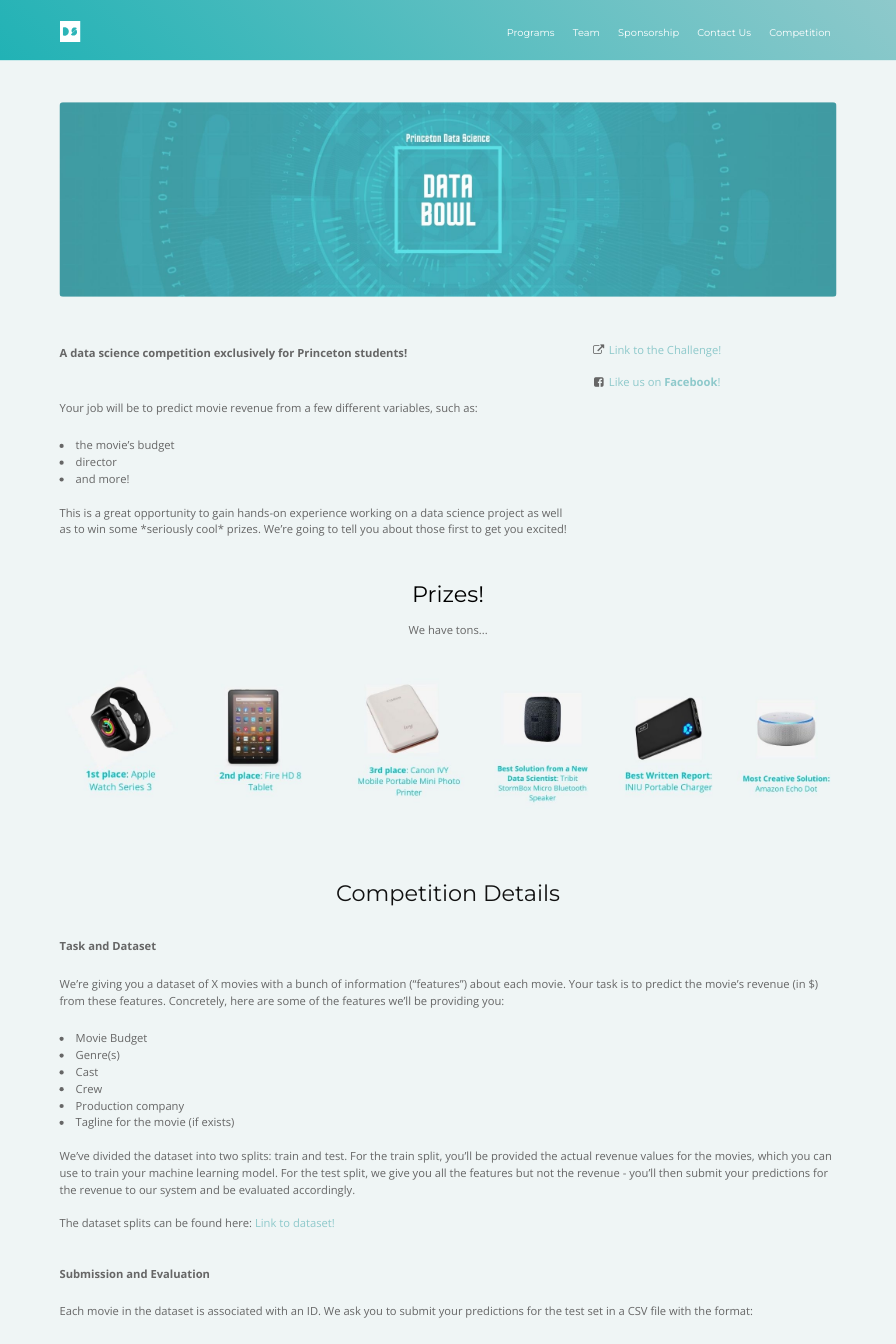
Repository: princetonds/princetonds.github.io
Page: competition.html
These files come from the project's save history. The page is drawn as it stood at one moment and after the next save; the edit follows.
The browser window is 1280 px wide. The pictures show the part of the page from y = 0 to 1920 px (the page is 3567 px tall before and 3513 px after), at 70% of full size.

Above is the page before, as saved 2021-03-21 15:23:05.
Console error: TypeError: Cannot read properties of null (reading 'innerHTML')

### competition.html
<!DOCTYPE html>
<html lang="en">
<head>
  <meta charset="utf-8">
  <title>Princeton Data Science (PDS)</title>
  <meta content="width=device-width, initial-scale=1.0" name="viewport">
  <meta content="" name="keywords">
  <meta content="" name="description">

  <!-- Favicons (created with http://realfavicongenerator.net/)-->
  <link rel="apple-touch-icon" sizes="180x180" href="/img/favicons/apple-touch-icon.png">
  <link rel="icon" type="image/png" href="/img/favicons/favicon-32x32.png" sizes="32x32">
  <link rel="icon" type="image/png" href="/img/favicons/favicon-16x16.png" sizes="16x16">
  <link rel="manifest" href="/img/favicons/manifest.json">
  <link rel="mask-icon" href="/img/favicons/safari-pinned-tab.svg" color="#49acad">
  <link rel="shortcut icon" href="/img/favicons/favicon.ico">
  <meta name="msapplication-config" content="/img/favicons/browserconfig.xml">
  <meta name="theme-color" content="#ffffff">

  <!-- Facebook Graph tags -->
  <meta property="og:url" content="https://princetonds.io" />
  <meta property="og:site_name" content="princetonds.io" />
  <meta property="og:title" content="Princeton Data Science (PDS)" />
  <meta name="og:description" content="Princeton Data Science (PDS) was founded in 2014-2015 to promote the practice and study of data science, a growing field that spans many disciplines such as statistics, machine learning, computer science, and business analytics." />
  <meta property="og:image" content="https://princetonds.io/img/500px_square_logo.png" />

  <!-- Google Fonts -->
  <link href="https://fonts.googleapis.com/css?family=Montserrat:300,400,500,700|Open+Sans:300,400,700" rel="stylesheet">

  <!-- Bootstrap CSS File -->
  <link href="lib/bootstrap/css/bootstrap.min.css" rel="stylesheet">

  <!-- Libraries CSS Files -->
  <link href="lib/animate/animate.min.css" rel="stylesheet">
  <link href="lib/font-awesome/css/font-awesome.min.css" rel="stylesheet">
  <link href="lib/magnific-popup/magnific-popup.css" rel="stylesheet">

  <!-- Main Stylesheet File -->
  <link href="css/style.css" rel="stylesheet">
  <link href="css/new.css" rel="stylesheet">
</head>

<body>

  <!--==========================
    Header
  ============================-->
  <header id="header">
    <div class="container">

      <div id="logo" class="pull-left">
        <h1><a href="#teamintro" class="scrollto"><img class="navbar-logo" src="img/inverted-logo.svg"></a></h1>
     </div>

      <nav id="nav-menu-container">
        <ul class="nav-menu">
          <li class="menu-active"><a href="https://princetonds.io">Programs</a></li>
          <li><a href="team.html">Team</a></li>
          <li><a href="media/sponsorship.pdf">Sponsorship</a></li>
          <li><a href="#contact">Contact Us</a></li>
          <li><a href="#competition.html">Competition</a></li>
        </ul>
      </nav><!-- #nav-menu-container -->
    </div>
  </header><!-- #header -->

  <!--==========================
    Intro Section
  ============================-->

  <!--==========================
    Intro Section
  ============================-->
  <section id="teamintro">
    <!-- <div class="team-intro-text">
      <h3>Our Team</h3>
    </div> -->
  </section>


  <!-- #intro -->


  <main id="main">


    <!--==========================
      Our Team Section
    ============================-->
    <section id="team" class="section-bg">
      <div class="container">
          <!-- <h3 class="section-title">Princeton Data Bowl</h3> -->
              <!-- <p style="text-align:center;">Enter team description here...</p> -->
              <div class="member3">
                <div class="pic"><img src="img/competition/logo.jpg" alt=""></div>
              </div>

          <!-- <span class="section-divider"></span> -->
        </div>
      </div>

    <!--==========================
      Contact Section
    ============================-->
      <div class="container">
        <br>
        <br>
        <div class="row wow fadeInUp">
          <div class="col-lg-8 col-md-6">
            <label style="font-size: 50"><strong>A data science competition exclusively for Princeton students!</strong></p>
            <br>
            <p>
               Your job will be to predict movie revenue from a few different variables, such as: </p>
              <li> the movie’s budget </li>
              <li> director </li>
              <li> and more! </li>
              <br>
              <p>   This is a great opportunity to gain hands-on experience working on a data science project as well as to win some *seriously cool* prizes. We’re going to tell you about those first to get you excited!</p>
          </div>
          <div class="col-lg-4 col-md-6 links">
            <p><i class="fa fa-external-link fa-fw"></i>   <a href="https://eval.ai/web/challenges/challenge-page/871/overview">Link to the Challenge!</a>
            </p>
            <p><i class="fa fa-facebook-square fa-fw"></i> <a href="https://www.facebook.com/princetonds" class="facebook">Like us on <strong>Facebook</strong>!</a></p>
          </div>
        </div>
      </div>


    <div class="container">
      <div class="section-header">
        <!-- <h3 class="section-title">Princeton Data Bowl</h3> -->
            <br>
            <h2 style="text-align:center; color:black">Prizes!</h2>
            <p style="text-align:center;">We have tons...</p>
            <div class="member3">
              <div class="pic"><img src="img/competition/prizes.jpg" alt=""></div>
            </div>

        <!-- <span class="section-divider"></span> -->
      </div>
    </div>

<br>
<br>
    <div class="container">
      <div class="section-header">
        <h3 class="section-title">Competition Details</h3>
            <br>
            <p><strong>Task and Dataset</strong></p>
            <p>
              We’re giving you a dataset of X movies with a bunch of information (“features”) about each movie. Your task is to predict the movie’s revenue (in $) from these features. Concretely, here are some of the features we’ll be providing you:
            </p>
              <li> Movie Budget </li>
              <li> Genre(s) </li>
              <li> Cast </li>
              <li> Crew </li>
              <li> Production company </li>
              <li> Tagline for the movie (if exists)</li>
              <br>
              We’ve divided the dataset into two splits: train and test. For the train split, you’ll be provided the actual revenue values for the movies, which you can use to train your machine learning model. For the test split, we give you all the features but not the revenue - you’ll then submit your predictions for the revenue to our system and be evaluated accordingly.
              <br>
              <br>
              The dataset splits can be found here: <a href="https://github.com/princetonds/PDS-Movie-Competition">Link to dataset!</a>

              <br>
            <br>
        <!-- <span class="section-divider"></span> -->
      </div>
    </div>
    <div class="container">
      <div class="section-header">
            <br>
            <p><strong>Submission and Evaluation</strong></p>
            <p>
              Each movie in the dataset is associated with an ID. We ask you to submit your predictions for the test set in a CSV file with the format:
            </p>
            MovieID, prediction
            <br>
            MovieID, prediction
              <br>
            <br>
            We’ll be evaluating your predictions using <strong>RMSLE</strong>, or Root Mean-Squared Log Error. This metric computes the squared difference between the log of your prediction and log of the actual value. Here’s the equation for RMSLE, where xiis your prediction and yiis the actual value:
            <br>
            <br>
            This next part is <strong>very important</strong>. On the backend we’ve divided up the test set into a public and private test set. When you submit your predictions for the test set, you can either submit to the public or private leaderboard. Submitting to the public leaderboard allows you to see how you measure up to other participants, and you can submit up to ten times per day. However, your final score will be evaluated on the private leaderboard, for which you only have three submissions total. Do not forget to submit to the private leaderboard, but also use your submissions sparingly! The reason we do this is so that participants can’t “overfit” to the public leaderboard by constantly tweaking parameters of their model and resubmitting.
            <br>
            <br>
            More details can be found on the EvalAI Competition site (see link above).
            <br>
            <!-- <span class="section-divider"></span> -->
      </div>
    </div>
    <br>
    <div class="container">
      <div class="section-header">
            <br>
            <p><strong>Team:</strong></p>
            <div class="row wow fadeInUp">
              <div class="col-lg-3 col-md-3">
                <h2 style="text-align:center; color:black"></h2>
                <!-- <p style="text-align:center;">Enter team description here...</p> -->
                <div class="member2">
                  <div class="pic"><img src="img/team/joyce.jpg" alt=""></div>
                  <h4>Joyce Luo</h4>
                  <!-- <div class="social">
                    <p class="profile-description">.</p>
                  </div> -->
                </div>

                <div class="member2">
                  <div class="pic"><img src="img/team/ellie.jpg" alt=""></div>
                  <h4>Ellie Bae</h4>
                  <!-- <div class="social">
                    <p class="profile-description">.</p>
                  </div> -->
                </div>


              </div>
              <div class="col-lg-3 col-md-3">
                <h2 style="text-align:center; color: Black"></h2>
                <!-- <p style="text-align:center;">Enter team description here...</p> -->
                <div class="member2">
                  <div class="pic"><img src="img/team/kevin.jpg" alt=""></div>
                  <h4>Kevin Huang</h4>
                  <!-- <div class="social">
                    <p class="profile-description">.</p>
                  </div> -->
                </div>

                <div class="member2">
                  <div class="pic"><img src="img/team/nab.jpg" alt=""></div>
                  <h4>Nabhonil Kar</h4>
                  <!-- <div class="social">
                    <p class="profile-description">.</p>
                  </div> -->
                </div>




              </div>
              <div class="col-lg-3 col-md-3">
                <h2 style="text-align:center; color: Black"></h2>
                <!-- <p style="text-align:center;">Enter team description here...</p> -->
                <div class="member2">
                  <div class="pic"><img src="img/team/sahil.jpg" alt=""></div>
                  <h4>Sahil Jain</h4>
                  <!-- <div class="social">
                    <p class="profile-description">.</p>
                  </div> -->
                </div>

                <div class="member2">
                  <div class="pic"><img src="img/team/neil.jpg" alt=""></div>
                  <h4>Neil Hazra</h4>
                  <!-- <div class="social">
                    <p class="profile-description">.</p>
                  </div> -->
                </div>


              </div>
              <div class="col-lg-3 col-md-3">
                <h2 style="text-align:center; color: Black"></h2>
                <!-- <p style="text-align:center;">Enter team description here...</p> -->
                <div class="member2">
                  <div class="pic"><img src="img/team/sahila.jpg" alt=""></div>
                  <h4>Sahil Ambardekar</h4>
                  <!-- <div class="social">
                    <p class="profile-description">.</p>
                  </div> -->
                </div>

                <div class="member2">
                  <div class="pic"><img src="img/team/arjun.jpg" alt=""></div>
                  <h4>Arjun Mani</h4>
                  <!-- <div class="social">
                    <p class="profile-description">.</p>
                  </div> -->
                </div>


              </div>


      </div>
    </div>


<br>
<br>


    <section id="sponsors">
      <div class="container">
        <h3 class="text-center sponsor-title">
          Our generous sponsor:
        </h3>
          <div class="text-center">
            <img src="img/sponsors/csml.jpg" alt="">
          </div>
        </div>
      </div>
    </section><!-- #more-features -->



    </section><!-- #team -->

    <!--==========================
      Contact Section
    ============================-->
    <section id="contact">
      <div class="container">
        <div class="row wow fadeInUp">
          <div class="contact-about">
            <div class="col-lg-12 col-md-12">
              <h3>Contact Us</h3>
            </div>
          </div>
        </div>

        <div class="row wow fadeInUp">
          <div class="col-lg-8 col-md-6">
            <p>Please do note that Princeton Data Science is a student organization and not a university department. Consequently, we do not sponsor PhD or Masters students.</p>
          </div>
          <div class="col-lg-4 col-md-6 links">
            <p><i class="fa fa-envelope fa-fw"></i> hello [at] princetonds.io</p>
            <p><i class="fa fa-facebook-square fa-fw"></i> <a href="https://www.facebook.com/princetonds" class="facebook">Like us on <strong>Facebook</strong>!</a></p>
          </div>
        </div>
      </div>
    </section><!-- #contact -->

  </main>

  <!--==========================
    Footer
  ============================-->
  <footer id="footer">
    <div class="container">
      <div class="row">
        <div class="col-lg-6 text-lg-left text-center">
          <div class="copyright">
            &copy; Copyright <strong>Princeton Data Science</strong>. Made by <a href="https://jisungkim.com">Ji-Sung Kim</a>.
          </div>
          <div class="credits">
          </div>
        </div>
        <div class="col-lg-6">
          <nav class="footer-links text-lg-right text-center pt-2 pt-lg-0">
            <a href="#programs" class="scrollto">Programs</a>
            <a href="#team" class="scrollto">Team</a>
            <a href="media/sponsorship.pdf">Sponsorship</a>
          </nav>
        </div>
      </div>
    </div>
  </footer><!-- #footer -->

  <a href="#" class="back-to-top"><i class="fa fa-chevron-up"></i></a>

  <!-- JavaScript Libraries -->
  <script src="lib/jquery/jquery.min.js"></script>
  <script src="lib/jquery/jquery-migrate.min.js"></script>
  <script src="lib/bootstrap/js/bootstrap.bundle.min.js"></script>
  <script src="lib/easing/easing.min.js"></script>
  <script src="lib/wow/wow.min.js"></script>
  <script src="lib/superfish/hoverIntent.js"></script>
  <script src="lib/superfish/superfish.min.js"></script>
  <script src="lib/magnific-popup/magnific-popup.min.js"></script>

  <!-- Template Main Javascript File -->
  <script src="js/main.js"></script>
  <script src="js/typewriter.js"></script>

</body>
</html>

### css/new.css
.program {
    padding: 40px;
}

.program h3 {
    color: black;
    font-weight: 700;
    font-family: "Open Sans";
}

.section {
    padding-top: 100px;
}


#programs {
    padding: 60px 0;
}

#clients {
    padding: 60px 0;
}

.sponsor-title {
    padding-bottom: 15px;
}

.profile-description {
    font-size: 14px;
}

.arjun {
    font-size: 15px !important;
    line-height: 22px;
}

.links p {
    line-height: 12px;
}

.presidents {
    color: #999999;
    font-size: 16px;
}

Loaded but not shown: lib/bootstrap/css/bootstrap.min.css (library); lib/animate/animate.min.css (library); lib/font-awesome/css/font-awesome.min.css (library); lib/magnific-popup/magnific-popup.css (library); lib/jquery/jquery.min.js (library); lib/jquery/jquery-migrate.min.js (library); lib/bootstrap/js/bootstrap.bundle.min.js (library); lib/easing/easing.min.js (common file); lib/wow/wow.min.js (library); lib/superfish/hoverIntent.js (library); lib/superfish/superfish.min.js (library); lib/magnific-popup/magnific-popup.min.js (library); js/main.js (125 lines, source omitted); js/typewriter.js (28 lines, source omitted); css/style.css (1350 lines, source omitted)

After the next save:
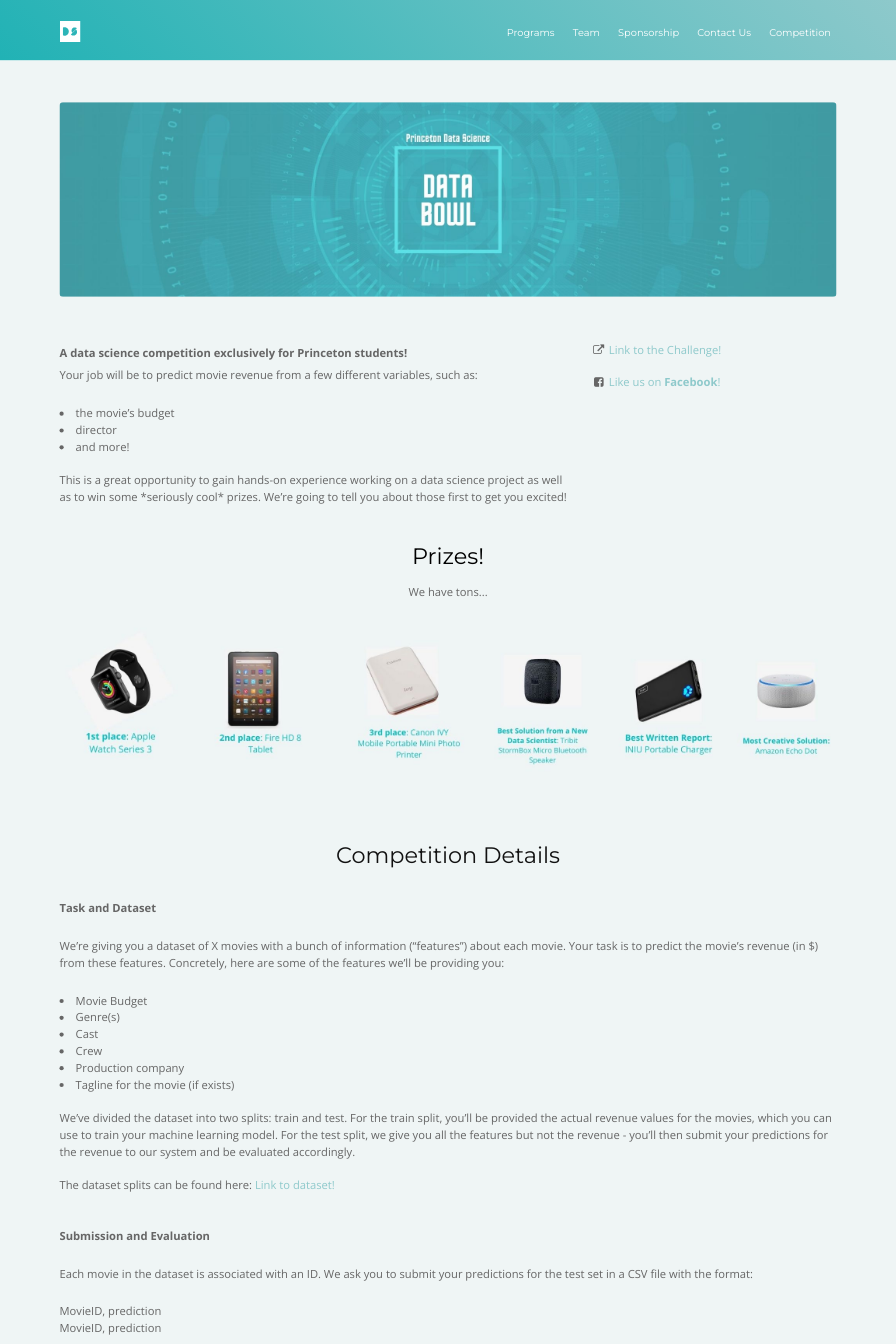
Saved 4 s later.
--- a/competition.html
+++ b/competition.html
@@ -107,7 +107,7 @@
         <br>
         <div class="row wow fadeInUp">
           <div class="col-lg-8 col-md-6">
-            <label style="font-size: 50"><strong>A data science competition exclusively for Princeton students!</strong></p>
+            <label style="font-size: 50"><strong>A data science competition exclusively for Princeton students!</strong></label>
             <br>
             <p>
                Your job will be to predict movie revenue from a few different variables, such as: </p>
